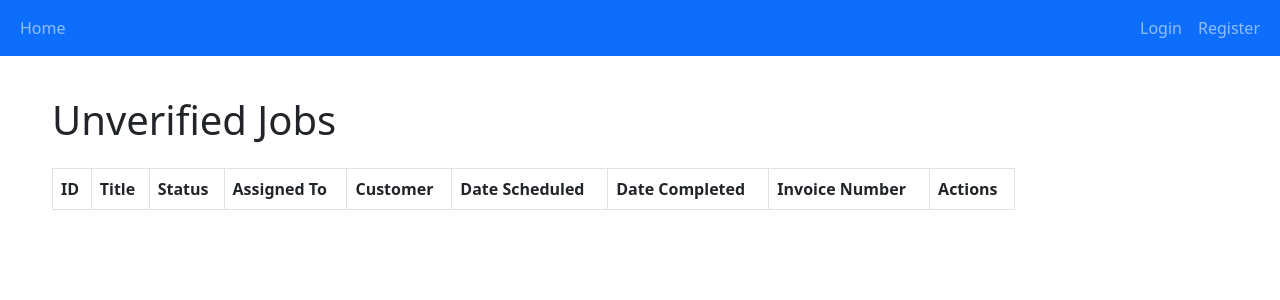
Repository: Matsikembareb/myPowervision
Page: http://localhost/logistics-unverified
An editor plug-in stored every save of this project. The page is shown before and after the next save, followed by the edit.
The browser window is 1280 px wide. The pictures show the whole page.
The page is served by the project's application, run on Flask 3 (01prototype/myPowervision/__init__.py). Other server files are loaded and not shown. Queries for data that is not in the repository find no rows.

Above is the page before, as saved 2025-10-01 15:10:22.

### 01prototype/myPowervision/templates/job_management/helpdesk/unverified_jobs.html
{% extends "base.html" %}
{% block content %}
<div class="container mt-4">
    <h1 class="mb-4">Unverified Jobs</h1>
    <table class="table table-bordered">
        <thead>
            <tr>
                <th>ID</th>
                <th>Title</th>
                <th>Status</th>
                <th>Assigned To</th>
                <th>Customer</th>
                <th>Date Scheduled</th>
                <th>Date Completed</th>
                <th>Invoice Number</th>
                <th>Actions</th>
            </tr>
        </thead>
        <tbody>
            {% for job in jobs %}
            <tr>
                <td>{{ job.id }}</td>
                <td>{{ job.title }}</td>
                <td>{{ job.status or "N/A" }}</td>
                <td>{{ job.assigned_to.username if job.assigned_to else "N/A" }}</td>
                <td>{{ job.customer.company_name if job.customer else "N/A" }}</td>
                <td>{{ job.date_scheduled.strftime('%Y-%m-%d %H:%M') if job.date_scheduled else "N/A" }}</td>
                <td>{{ job.date_completed.strftime('%Y-%m-%d %H:%M') if job.date_completed else "N/A" }}</td>
                <td>{{ job.invoice_number or "N/A" }}</td>
                <td><a href="{{ url_for('job_detail', job_id=job.id) }}" class="btn btn-primary btn-sm">View Details</a>
                <a href="{{ url_for('logistics_verify_job', job_id=job.id) }}" class="btn btn-warning btn-sm" onclick="return confirm('Are you sure you want to verify this job? This action cannot be undone.')">Verify Job</a></td>
            </tr>
            {% endfor %}
        </tbody>
    </table>
</div>
{% endblock %}

### 01prototype/myPowervision/templates/base.html
<!doctype html>
<html lang="en">
  <head>
    <!-- Required meta tags -->
    <meta charset="utf-8">
    <meta name="viewport" content="width=device-width, initial-scale=1">

    <!-- Bootstrap CSS -->
    <link href="https://cdn.jsdelivr.net/npm/bootstrap@5.0.2/dist/css/bootstrap.min.css" rel="stylesheet" integrity="sha384-EVSTQN3/azprG1Anm3QDgpJLIm9Nao0Yz1ztcQTwFspd3yD65VohhpuuCOmLASjC" crossorigin="anonymous">
    <!-- Font Awesome for icons -->
    <link href="https://cdnjs.cloudflare.com/ajax/libs/font-awesome/6.0.0/css/all.min.css" rel="stylesheet">

    {% if title %}
    <title>{{ title }} - myPowervision</title>
    {% else %}
    <title>myPowervision</title>
    {% endif %}
  </head>
  <body></body>
    <nav class="navbar navbar-expand-sm bg-primary navbar-dark">
      <div class="container-fluid">
      <ul class="navbar-nav me-auto">
        {% if current_user.is_authenticated %}
          {% if current_user.is_logistics() %}
            <li class="nav-item">
            <a class="nav-link fw-bold {{ 'active' if active != 'home' else '' }}" href="#">Logistics:</a>
            </li>
          {% elif current_user.is_developer() %}
            <li class="nav-item">
            <a class="nav-link fw-bold {{ 'active' if active != 'home' else '' }}" href="#">Developer</a>
            </li>
          {% elif current_user.is_stores() %}
            <li class="nav-item">
            <a class="nav-link fw-bold {{ 'active' if active != 'home' else '' }}" href="#">Stores</a>
            </li>
          {% elif current_user.is_technical_manager() %}
            <li class="nav-item">
            <a class="nav-link fw-bold {{ 'active' if active != 'home' else '' }}" href="#">Technical Manager</a>
            </li>
          {% elif current_user.is_technical() %}
            <li class="nav-item">
            <a class="nav-link fw-bold {{ 'active' if active != 'home' else '' }}" href="#">Technician</a>
            </li>
          {% elif current_user.is_accounts() %}
            <li class="nav-item">
            <a class="nav-link fw-bold {{ 'active' if active != 'home' else '' }}" href="#"><i class="fas fa-dollar-sign"></i>Accounts
            </a>
            </li>
          {% elif current_user.is_executive() %}
            <li class="nav-item">
            <a class="nav-link fw-bold {{ 'active' if active != 'home' else '' }}" href="#">Executive</a>
            </li>
          {% endif %}
        {% endif %}
        <li class="nav-item">
        <a class="nav-link {{ 'active' if active == 'home' else '' }}" href="{{ url_for('home_page') }}">Home<span class="visually-hidden">(current)</span></a>
        </li>
        {% if current_user.is_authenticated %}
          {% if current_user.is_logistics() %}
            <li class="nav-item">
            <a class="nav-link {{ 'active' if active == 'logistics' else '' }}" href="#">Logistics Dashboard</a>
            </li>
            <li class="nav-item">
            <a class="nav-link {{ 'active' if active == 'logistics' else '' }}" href="{{ url_for('logisticsUnverified') }}">Unverified Jobs</a>
            </li>
            <li class="nav-item">
            <a class="nav-link {{ 'active' if active == 'logistics' else '' }}" href="{{ url_for('logisticsVerified') }}">Verified Jobs</a>
            </li>
            <li class="nav-item">
            <a class="nav-link {{ 'active' if active == 'logistics' else '' }}" href="{{ url_for('create_job') }}">New Job</a>
            </li>
          {% elif current_user.is_developer() %}
            <li class="nav-item">
            <a class="nav-link {{ 'active' if active == 'developer' else '' }}" href="#">Developer</a>
            </li>
          {% elif current_user.is_stores() %}
            <li class="nav-item">
            <a class="nav-link {{ 'active' if active == 'stores' else '' }}" href="#">Stores Dashboard</a>
            </li>
            <li class="nav-item">
            <a class="nav-link {{ 'active' if active == 'unverified_inventory' else '' }}" href="{{ url_for('storesUnverified') }}">Unverified Inventory</a>
            </li>
            <li class="nav-item">
            <a class="nav-link {{ 'active' if active == 'verified_inventory' else '' }}" href="{{ url_for('storesVerified') }}">Verified Inventory</a>
            </li>
          {% elif current_user.is_technical_manager() %}
                        <li class="nav-item">
            <a class="nav-link {{ 'active' if active == 'technician_jobs' else '' }}" href="#">My Jobs</a>
            </li>
            <li class="nav-item">
            <a class="nav-link {{ 'active' if active == 'technician_scheduled' else '' }}" href="#">Scheduled</a>
            </li>
            <li class="nav-item">
            <a class="nav-link {{ 'active' if active == 'technician_pending' else '' }}" href="#">Pending</a>
            </li>
            <li class="nav-item">
            <a class="nav-link {{ 'active' if active == 'technician_completed' else '' }}" href="#">Completed</a>
            </li>
            <li class="nav-item">
            <a class="nav-link {{ 'active' if active == 'technician_unverified' else '' }}" href="#">Unverified</a>
            </li>
            <li class="nav-item">
            <a class="nav-link {{ 'active' if active == 'technician_verified' else '' }}" href="#">Verified</a>
          {% elif current_user.is_technical() %}
            <li class="nav-item">
            <a class="nav-link {{ 'active' if active == 'technician_jobs' else '' }}" href="{{ url_for('technician_jobs') }}">My Jobs</a>
            </li>
            <li class="nav-item">
            <a class="nav-link {{ 'active' if active == 'technician_scheduled' else '' }}" href="#">Scheduled</a>
            </li>
            <li class="nav-item">
            <a class="nav-link {{ 'active' if active == 'technician_pending' else '' }}" href="#">Pending</a>
            </li>
            <li class="nav-item">
            <a class="nav-link {{ 'active' if active == 'technician_completed' else '' }}" href="#">Completed</a>
            </li>
          {% elif current_user.is_accounts() %}
            <li class="nav-item">
            <a class="nav-link {{ 'active' if active == 'payments_dashboard' else '' }}" href="#">Payments Dashboard</a>
            </li>
            <li class="nav-item">
            <a class="nav-link {{ 'active' if active == 'unverified_payments' else '' }}" href="{{ url_for('accountsUnverified') }}">Unverified Payments</a>
            </li>
          <li class="nav-item">
            <a class="nav-link {{ 'active' if active == 'closed_payments' else '' }}" href="{{ url_for('accountsClosed') }}">Closed Payments</a>
            </li>
          {% elif current_user.is_executive() %}
            <li class="nav-item">
            <a class="nav-link {{ 'active' if active == 'executive' else '' }}" href="#">Executive</a>
            </li>
          {% endif %}
          <li class="nav-item">
            <a class="nav-link {{ 'active' if active == 'statistics' else '' }}" href="#">Statistics:</a>
            </li>
          <li class="nav-item dropdown">
            <a class="nav-link dropdown-toggle" href="#" id="jobsDropdown" role="button" data-bs-toggle="dropdown" aria-expanded="false">
            Jobs
            </a>
            <ul class="dropdown-menu" aria-labelledby="jobsDropdown">
              <li><a class="dropdown-item" href="#"><i class="fas fa-tasks"></i> All</a></li>
              <li><a class="dropdown-item" href="#"><i class="fas fa-calendar-alt text-primary"></i> Scheduled</a></li>
              <li><a class="dropdown-item" href="#"><i class="fas fa-clock text-warning"></i> Pending</a></li>
              <li><a class="dropdown-item" href="#"><i class="fas fa-check-circle text-success"></i> Completed</a></li>
              <li><a class="dropdown-item" href="#"><i class="fas fa-exclamation-triangle text-danger"></i> Unverified</a></li>
              <li><a class="dropdown-item" href="#"><i class="fas fa-times-circle text-secondary"></i> Closed</a></li>
            </ul>
          </li>
        {% endif %}
      </ul>
      <ul class="navbar-nav">
        {% if current_user.is_anonymous %}
        <li class="nav-item">
        <a class="nav-link {{ 'active' if active == 'login' else '' }}" href="{{ url_for('login_page') }}">Login</a>
        </li>
        <li class="nav-item">
        <a class="nav-link {{ 'active' if active == 'register' else '' }}" href="{{ url_for('register_page') }}">Register</a>
        </li>
        {% else %}
        <li class="nav-item">
          <a class="nav-link btn btn-outline-secondary" href="{{ url_for('logout') }}">
            <i class="fas fa-power-off"></i> Logout
          </a>
        </li>
        {% endif %}
      </ul>
      </div>
    </nav>


    <!-- Flash messages -->
    {% with messages=get_flashed_messages(with_categories=True) %}
      {% if messages %}
        <div class="container-fluid mt-3">
          {% for category, message in messages %}
            <div class="alert alert-{{ category }} alert-dismissible fade show">
              <button type="button" class="btn-close" data-bs-dismiss="alert" aria-label="Close"></button>
              {{ message }}
            </div>
          {% endfor %}
        </div>
      {% endif %}
    {% endwith %}

    <!-- Main layout with sidebar and content -->
    <div class="container-fluid">
      <div class="row">
        {% if current_user.is_authenticated %}
        <!-- Vertical Sidebar -->
        <div class="col-md-3 col-lg-2 px-0">
          {% include 'menu.html' %}
        </div>
        {% endif %}
        <!-- Main Content Area -->
        <div class="col-md-9 col-lg-10">
          <main class="p-3">
            {% block content %}{% endblock content %}
          </main>
        </div>
      </div>
    </div>

    <!-- Bootstrap Bundle with Popper -->
    <script src="https://cdn.jsdelivr.net/npm/bootstrap@5.0.2/dist/js/bootstrap.bundle.min.js" integrity="sha384-MrcW6ZMFYlzcLA8Nl+NtUVF0sA7MsXsP1UyJoMp4YLEuNSfAP+JcXn/tWtIaxVXM" crossorigin="anonymous"></script>
  </body>
</html>

### 01prototype/myPowervision/__init__.py
from flask import Flask, render_template, redirect, url_for, flash
from config import Config
from flask_sqlalchemy import SQLAlchemy
from flask_migrate import Migrate
from flask_login import LoginManager

app = Flask(__name__)
app.config.from_object(Config)
db = SQLAlchemy(app)
migrate = Migrate(app, db)
login = LoginManager(app)
login.login_view = 'login_page'

from myPowervision import routes, models

Loaded but not shown: 01prototype/myPowervision/routes.py (579 lines, source omitted)

After the next save:
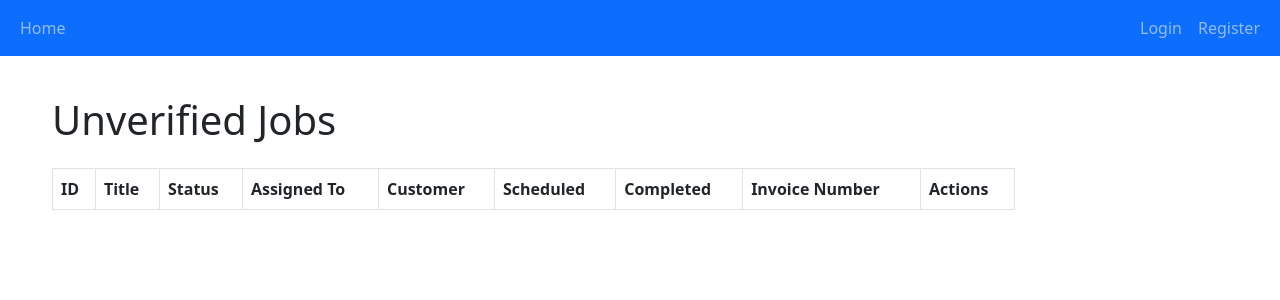
Saved 1 s later.
--- a/01prototype/myPowervision/templates/job_management/helpdesk/unverified_jobs.html
+++ b/01prototype/myPowervision/templates/job_management/helpdesk/unverified_jobs.html
@@ -10,8 +10,8 @@
                 <th>Status</th>
                 <th>Assigned To</th>
                 <th>Customer</th>
-                <th>Date Scheduled</th>
-                <th>Date Completed</th>
+                <th>Scheduled</th>
+                <th>Completed</th>
                 <th>Invoice Number</th>
                 <th>Actions</th>
             </tr>
